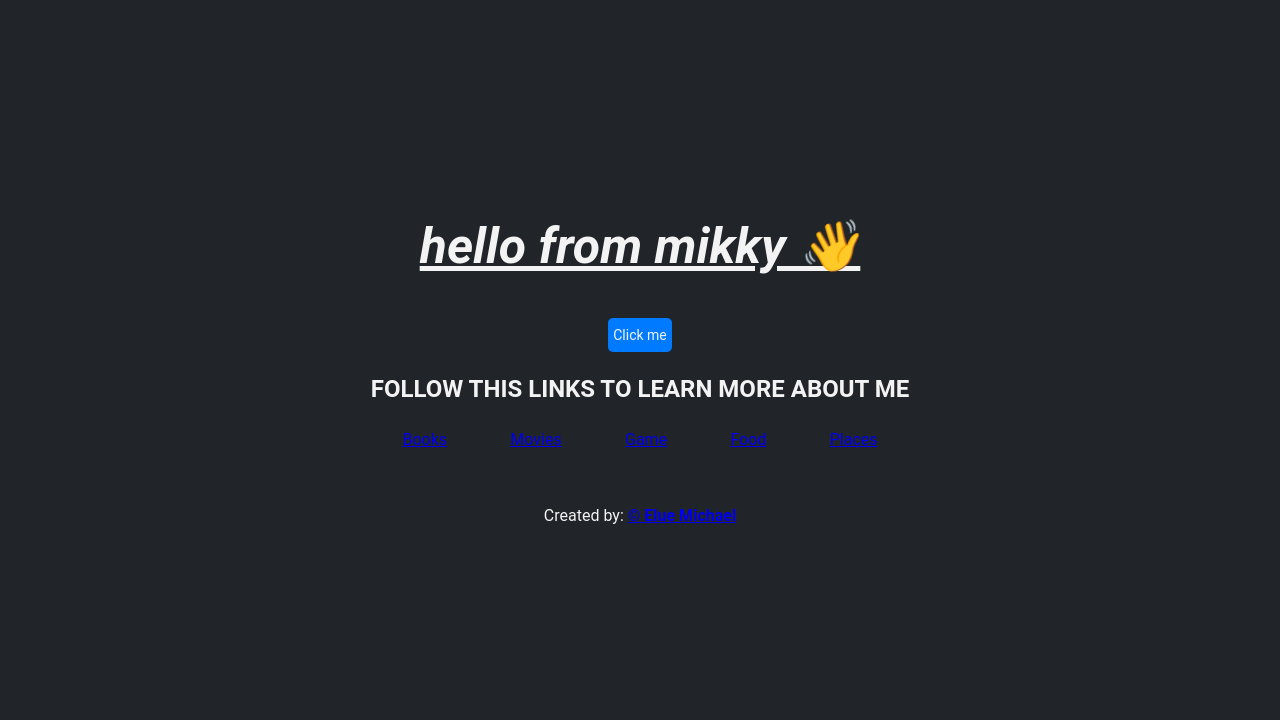
Repository: MikkyPrestige/html-website
Page: index.html
These files come from the project's save history. The page is drawn as it stood at one moment and after the next save; the edit follows.
The browser window is 1280 px wide. The pictures show the whole page.

Above is the page before, as saved 2023-04-29 02:04:25.

After the next save:
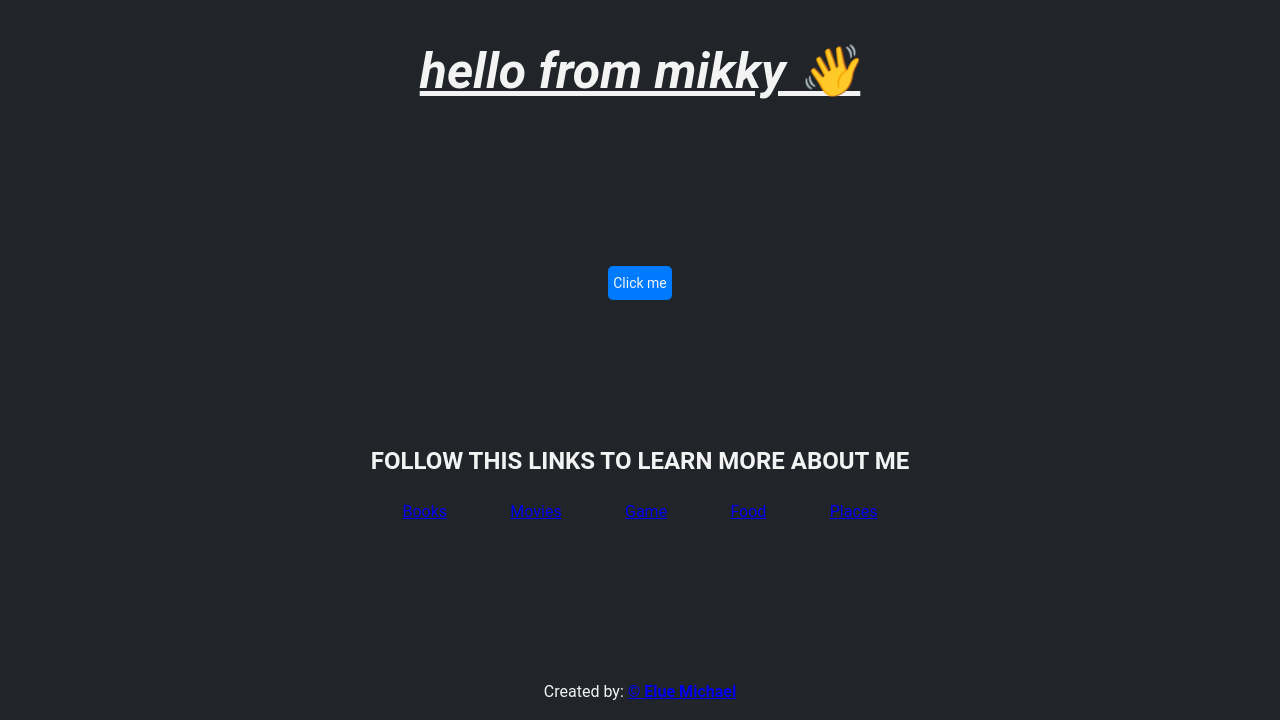
Saved 19 s later.
--- a/index.css
+++ b/index.css
@@ -15,7 +15,7 @@
 .main {
     display: flex;
     flex-direction: column;
-    justify-content: center;
+    justify-content: space-between;
     align-items: center;
     height: 100%;
 }
@@ -57,5 +57,4 @@
     justify-content: space-around;
     align-items: center;
     width: 100%;
-    margin-bottom: 20px;
 }
